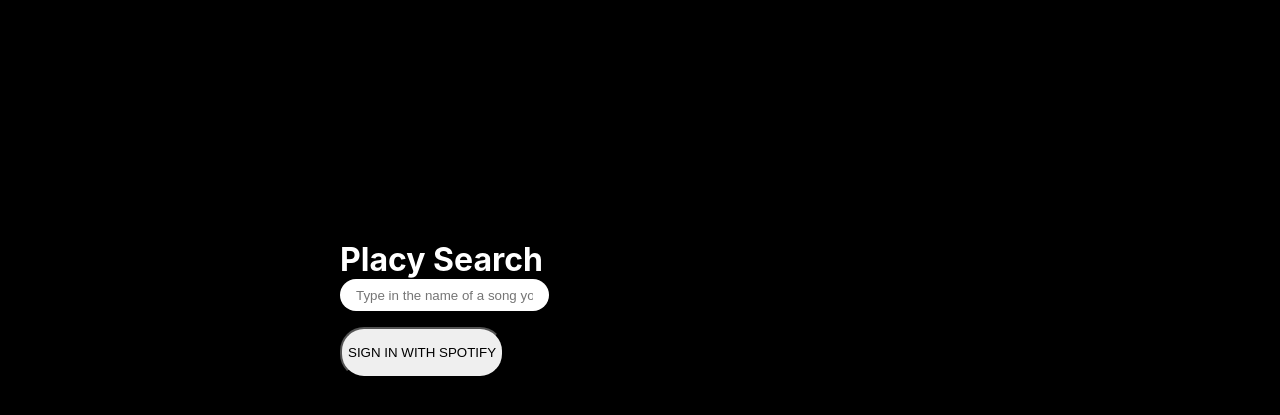
Repository: hideodaikoku/placy-jr
Page: /
The author's editor kept a copy of each file at every save. The page is drawn from the files as they stood at one save, then again after the next save.
The browser window is 1280 px wide. The pictures show the whole page.
The project was rebuilt for these pictures with package versions that can differ from the ones it lists, and the page was loaded fresh each time.

Above is the page before, as saved 2020-03-17 01:31:02.

### public/index.html
<!DOCTYPE html>
<html lang="en">
  <head>
    <meta charset="utf-8" />
    <link rel="icon" href="%PUBLIC_URL%/favicon.ico" />
    <meta name="viewport" content="width=device-width, initial-scale=1" />
    <link rel="apple-touch-icon" href="%PUBLIC_URL%/logo192.png" />
    <title>Placy </title>
  </head>
  <body>
    <noscript>You need to enable JavaScript to run this app.</noscript>
    <div id="root"></div>
  </body>
</html>

### src/index.js
import React from 'react';
import ReactDOM from 'react-dom';
import './styles/index.css';
import App from './components/App';
import * as serviceWorker from './serviceWorker';

ReactDOM.render(<App />, document.getElementById('root'));
serviceWorker.unregister();

### src/components/App.js
import React, {Component} from "react";
import SearchBar from "./SearchBar";
import AppStyles from "../styles/app.module.css";

export default class App extends Component {

    constructor(){
        super();
        this.state = {
            query : ''
        }
        this._handleInputChange = this._handleInputChange.bind(this);
    }


    _handleInputChange = (val) => {
        this.setState({
            query: val
        })
    }

    render(){
        return(
            <div className={AppStyles.content}>
                <div
                    className = {AppStyles.container}
                >
                    <div className={AppStyles.search}>
                        <h1 className={AppStyles.header}>Placy Search</h1>
                        <SearchBar
                            handleInputChange = {this._handleInputChange}
                            query = {this.state.query}
                        />
                    </div>
                    <button
                        onClick={() => {window.location = 'http://localhost:5000/login'}}
                        className={AppStyles.loginButton}
                    >
                        Sign in with Spotify
                    </button>
                </div>
            </div>
        )
    }
}

### src/components/SearchBar.js
import React, {Component} from "react";
import SearchStyles from "../styles/search.module.css";

class SearchBar extends Component{

    render(){
        const placeholder = "Type in the name of a song you like";
        return(
            <div>
                <input
                className = {SearchStyles.input}
                onChange={ (e) => this.props.handleInputChange(e.target.value)}
                placeholder = {placeholder}
                />
            </div>
        )
    }
}

export default SearchBar;

### src/styles/app.module.css
.content{
    background-color: black;
    height: 100vh;
    margin: 0;
}

.container{
    max-width: 600px;
    margin: 0 auto;
    display: relative;
}

.header{
    color: white;
    margin:0 auto;
}

.text{
    color: white;
}

.search{
    width: 40%;
    padding-top: 40%;
    width: 40vw;
}

.loginButton{
    margin-top: 1rem;
    padding-top: 1rem;
    padding-bottom: 1rem;
    border-radius: 1.5rem;
    text-transform: uppercase;
}

### src/styles/search.module.css
.input{

    height: 2rem;
    border-radius: 1rem;
    border: none;
    padding: 0 1rem;

}

Loaded but not shown: src/styles/index.css (common file); src/serviceWorker.js (common file)

After the next save:
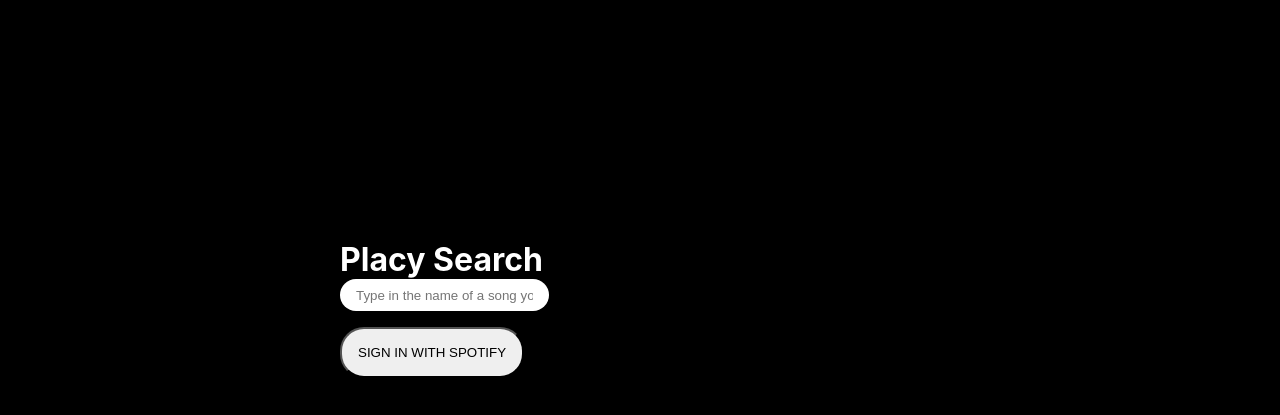
Saved 11 s later.
--- a/src/styles/app.module.css
+++ b/src/styles/app.module.css
@@ -27,8 +27,7 @@
 
 .loginButton{
     margin-top: 1rem;
-    padding-top: 1rem;
-    padding-bottom: 1rem;
+    padding: 1rem;
     border-radius: 1.5rem;
     text-transform: uppercase;
 }
